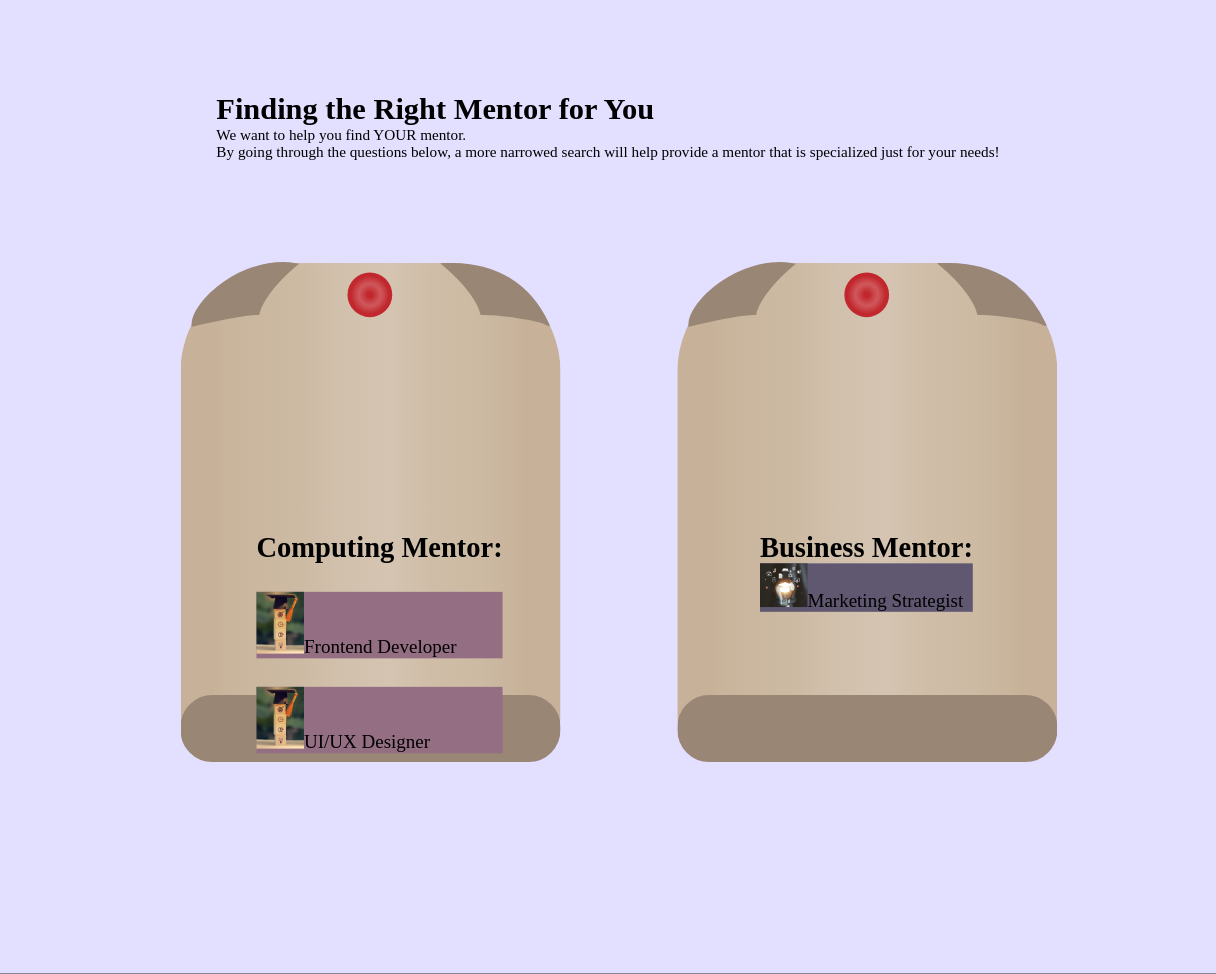
Repository: anikagrewal/week3example
Page: /about
An editor plug-in stored every save of this project. The page is shown before and after the next save, followed by the edit.
The browser window is 1280 px wide. The pictures show the whole page, at 95% of full size.
The project was rebuilt for these pictures with package versions that can differ from the ones it lists, and the page was loaded fresh each time. The framework's server and built-in components were replaced by stand-ins that run in the browser. Also part of the build but not shown: next.config.js.

Above is the page before, as saved 2023-01-23 14:32:02.

After the next save:
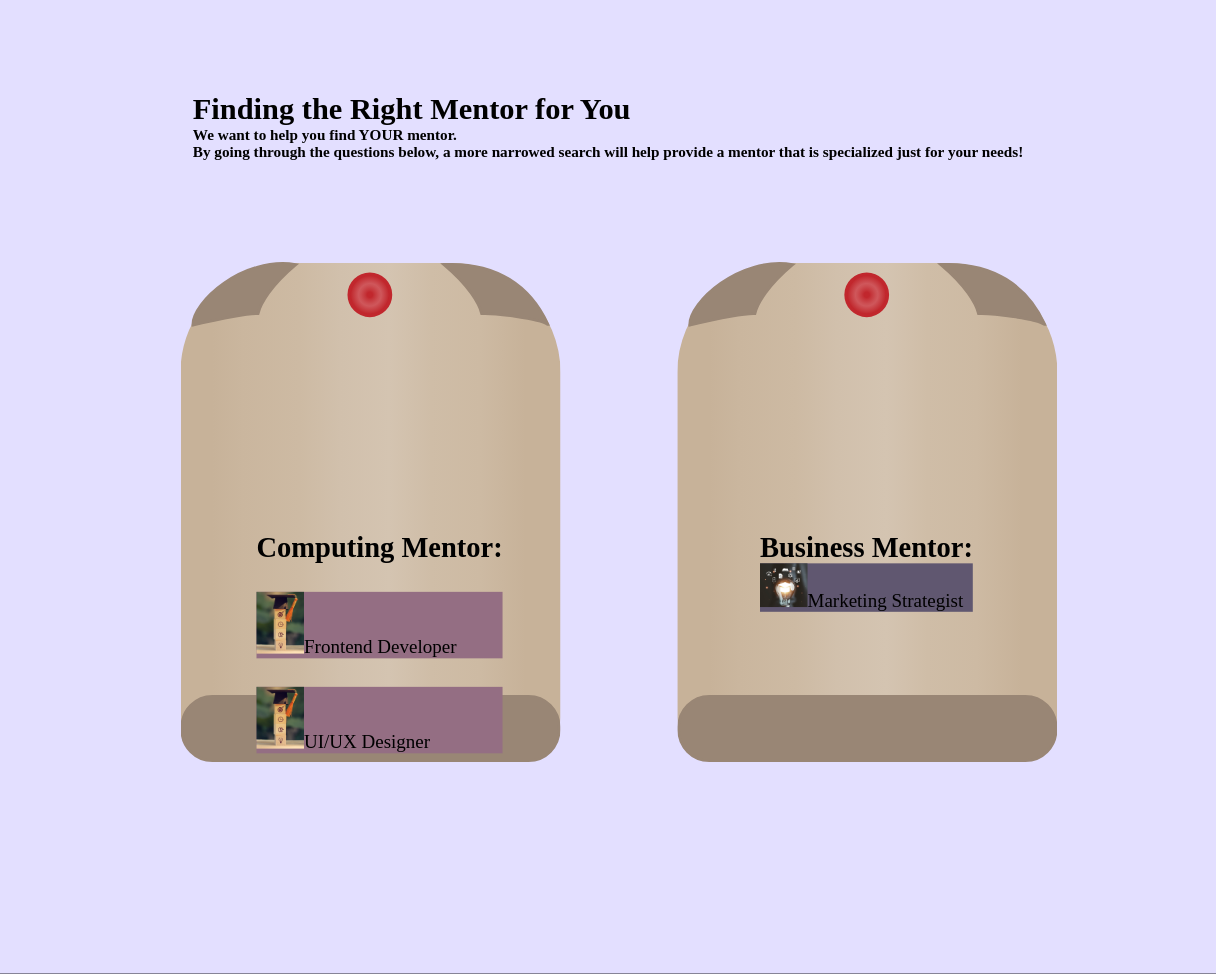
Saved 33 s later.
--- a/pages/about.js
+++ b/pages/about.js
@@ -25,8 +25,8 @@
 
       <div className={styles.headerstyle}>
         <h1>Finding the Right Mentor for You</h1>
-        <p>We want to help you find YOUR mentor.</p>
-        <p>By going through the questions below, a more narrowed search will help provide a mentor that is specialized just for your needs!</p>
+        <h4>We want to help you find YOUR mentor.</h4>
+        <h4>By going through the questions below, a more narrowed search will help provide a mentor that is specialized just for your needs!</h4>
       </div>
 
 
